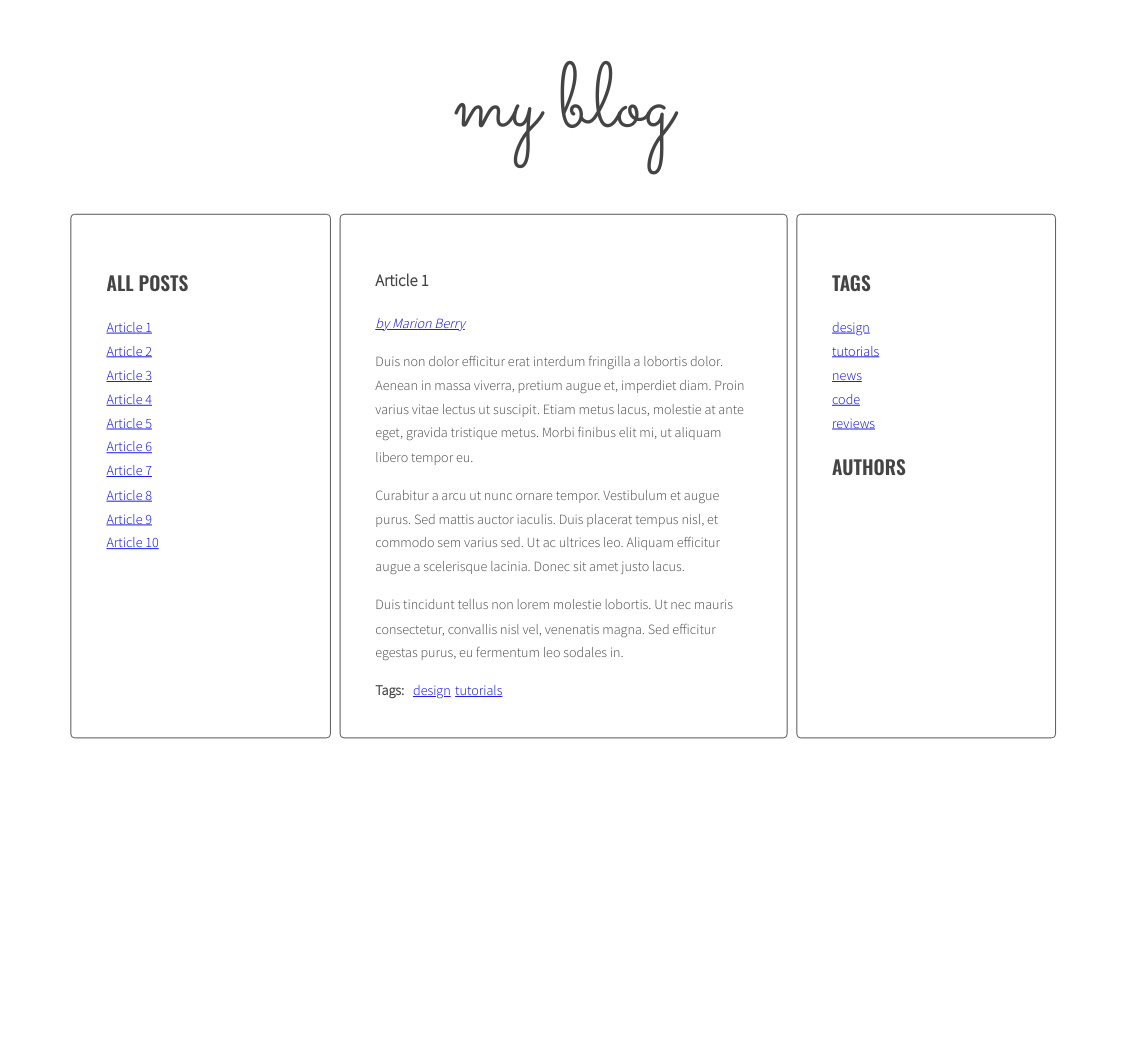
Repository: ulasup/javascript-blog
Page: index.html
An editor plug-in stored every save of this project. The page is shown before and after the next save, followed by the edit.
The browser window is 1280 px wide. The pictures show the whole page, at 88% of full size.
The style sheet was rebuilt from its Sass, Less or Tailwind sources for each picture, by a compiler version that may differ from the author's.

Above is the page before, as saved 2020-12-21 15:54:00.

After the next save:
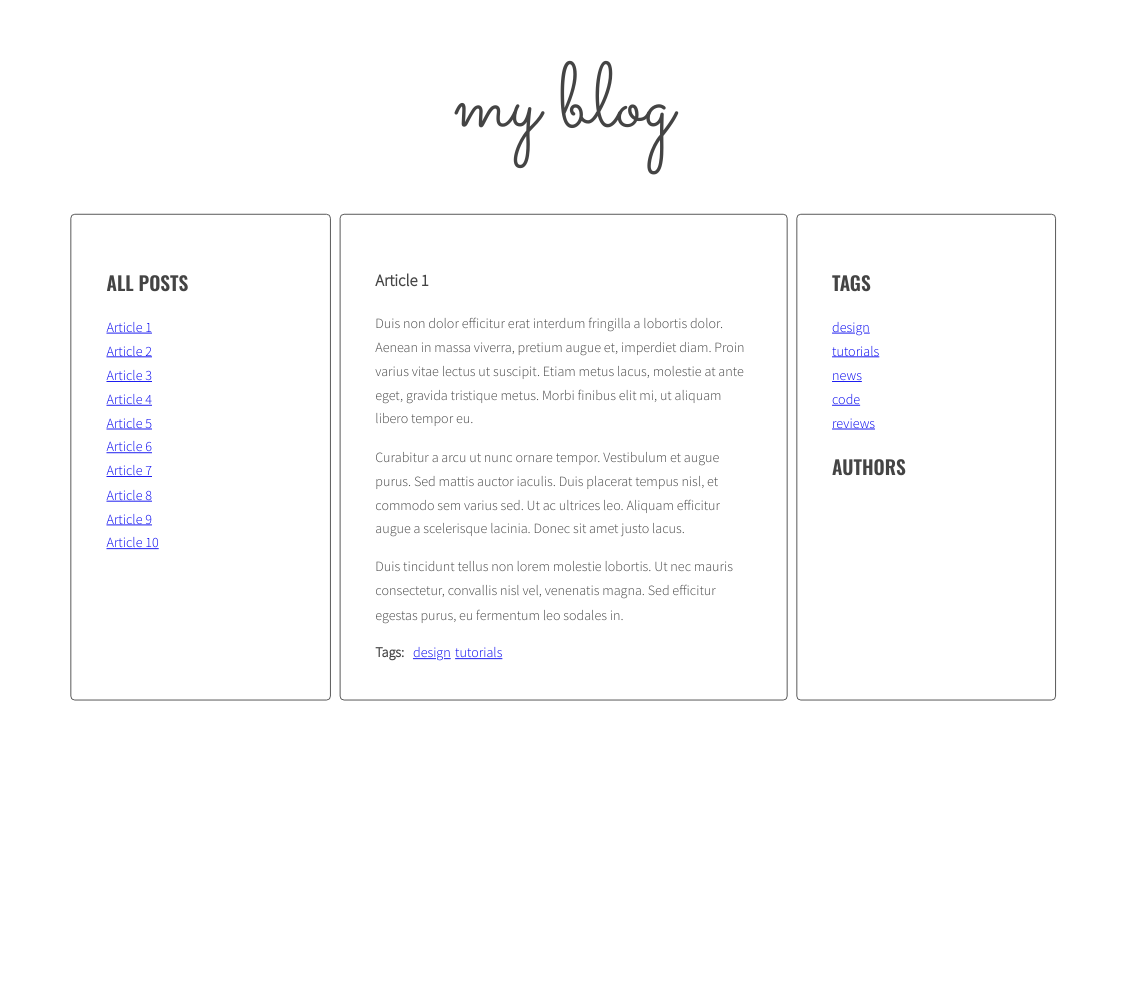
Console error (its wording comes from the project's code and is left out).
Saved 2 h 5 min later.
--- a/js/script.js
+++ b/js/script.js
@@ -131,7 +131,7 @@
 }
 
 function addClickListenersToTags(){
-  const links =  document.querySelectorAll('.post-tags .list a');
+  const links =  document.querySelectorAll('a[href^=#tag-]');
   for(let link of links){
     link.addEventListener('click', tagClickHandler);
   }

After the save that followed:
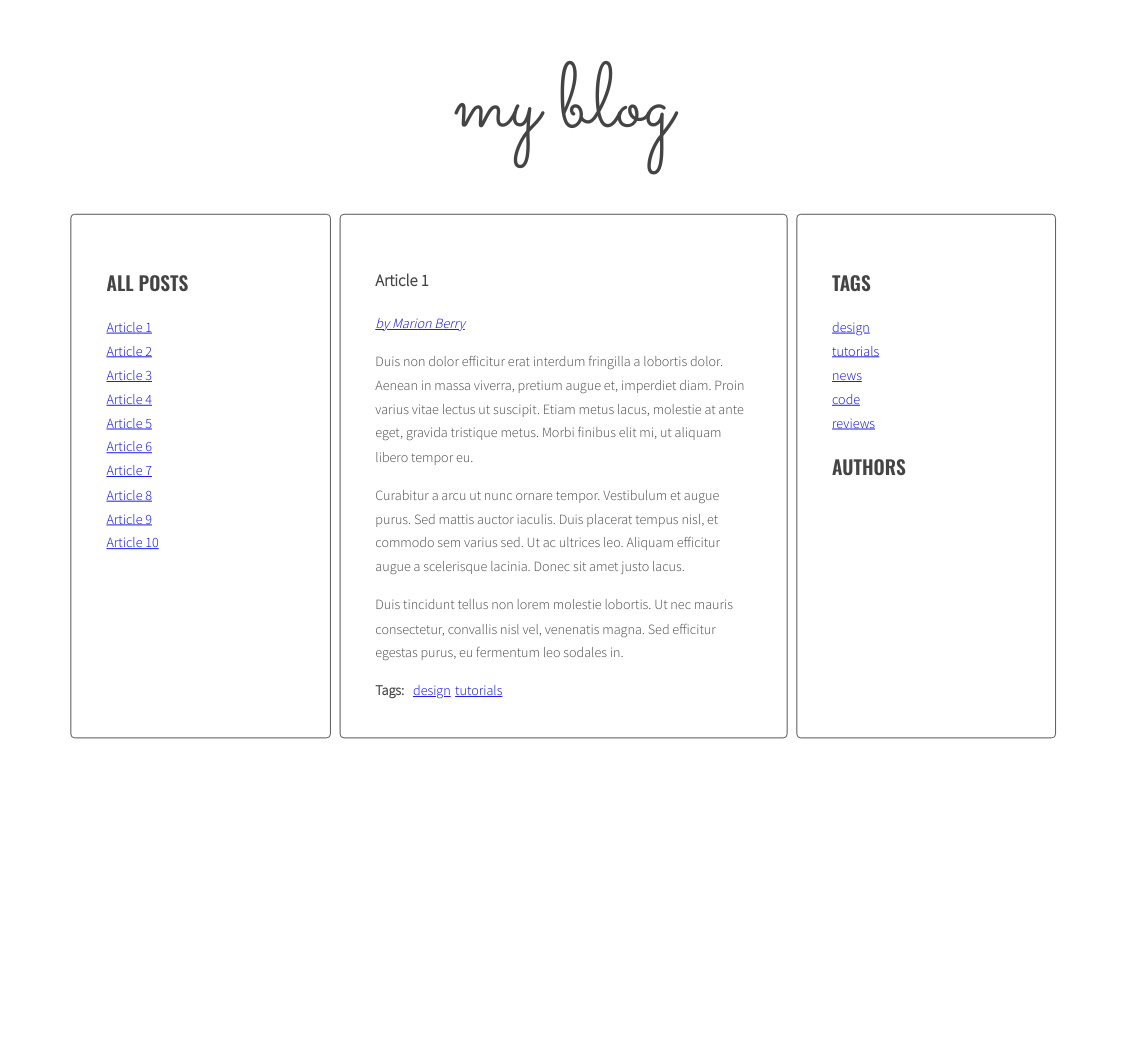
The error is gone.
Saved 28 s later.
--- a/js/script.js
+++ b/js/script.js
@@ -131,7 +131,7 @@
 }
 
 function addClickListenersToTags(){
-  const links =  document.querySelectorAll('a[href^=#tag-]');
+  const links =  document.querySelectorAll('a[href^="#tag-"]');
   for(let link of links){
     link.addEventListener('click', tagClickHandler);
   }
